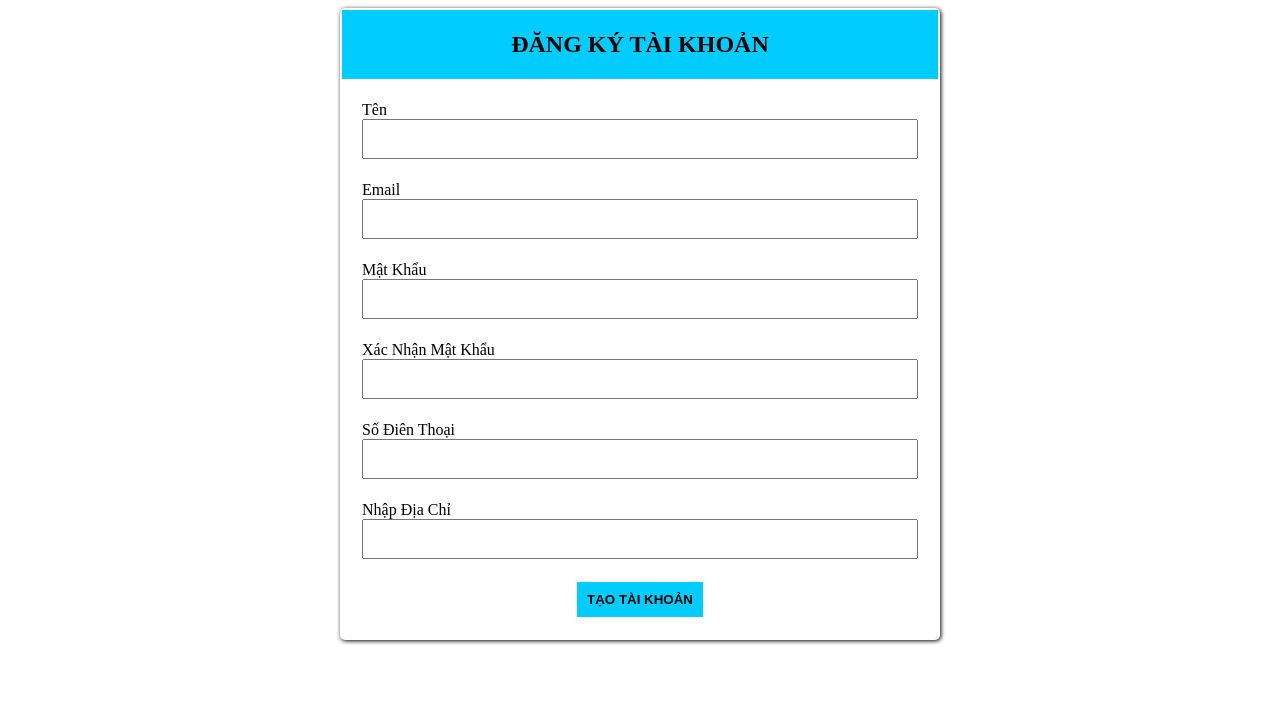
Repository: Tan-Khang21/TH_TKW--Buoi_04
Page: Bai_Tap_Ve_Nha/Bai_01/form7.html
These files come from the project's save history. The page is drawn as it stood at one moment and after the next save; the edit follows.
The browser window is 1280 px wide. The pictures show the whole page.

Above is the page before, as saved 2024-03-09 17:32:20.

After the next save:
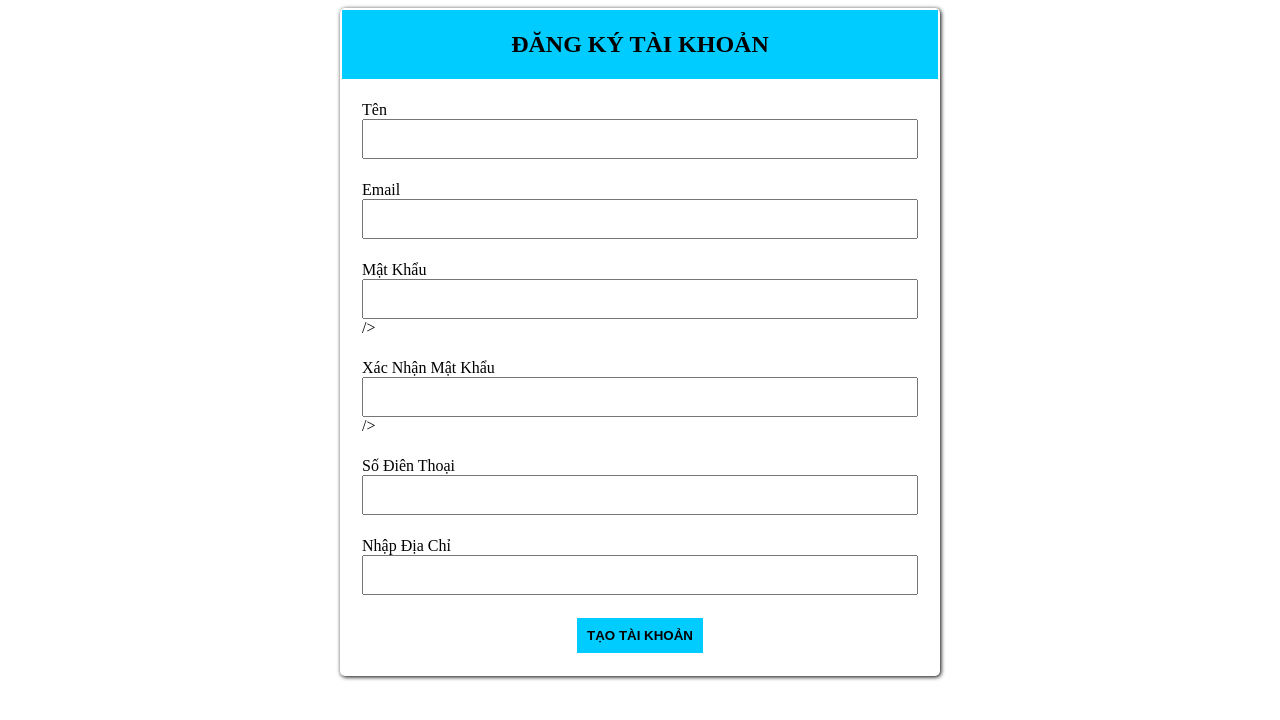
Saved 62 s later.
--- a/Bai_Tap_Ve_Nha/Bai_01/form7.html
+++ b/Bai_Tap_Ve_Nha/Bai_01/form7.html
@@ -26,9 +26,7 @@
             <br />
             <input
               type="text"
-              minlength="6"
               required
-              title="Vui lòng nhập thông tin này"
               style="width: 100%; height: 40px; box-sizing: border-box"
             />
           </td>
@@ -51,7 +49,9 @@
             <input
               type="password"
               style="width: 100%; height: 40px; box-sizing: border-box"
-              required
+              minlength="6"
+              title="Vui lòng nhập mật khẩu dài ít nhất 6 ký tự"
+            />
             />
           </td>
         </tr>
@@ -62,6 +62,9 @@
             <input
               type="password"
               style="width: 100%; height: 40px; box-sizing: border-box"
+              minlength="6"
+              title="Vui lòng nhập mật khẩu dài ít nhất 6 ký tự"
+            />
             />
           </td>
         </tr>

After the save that followed:
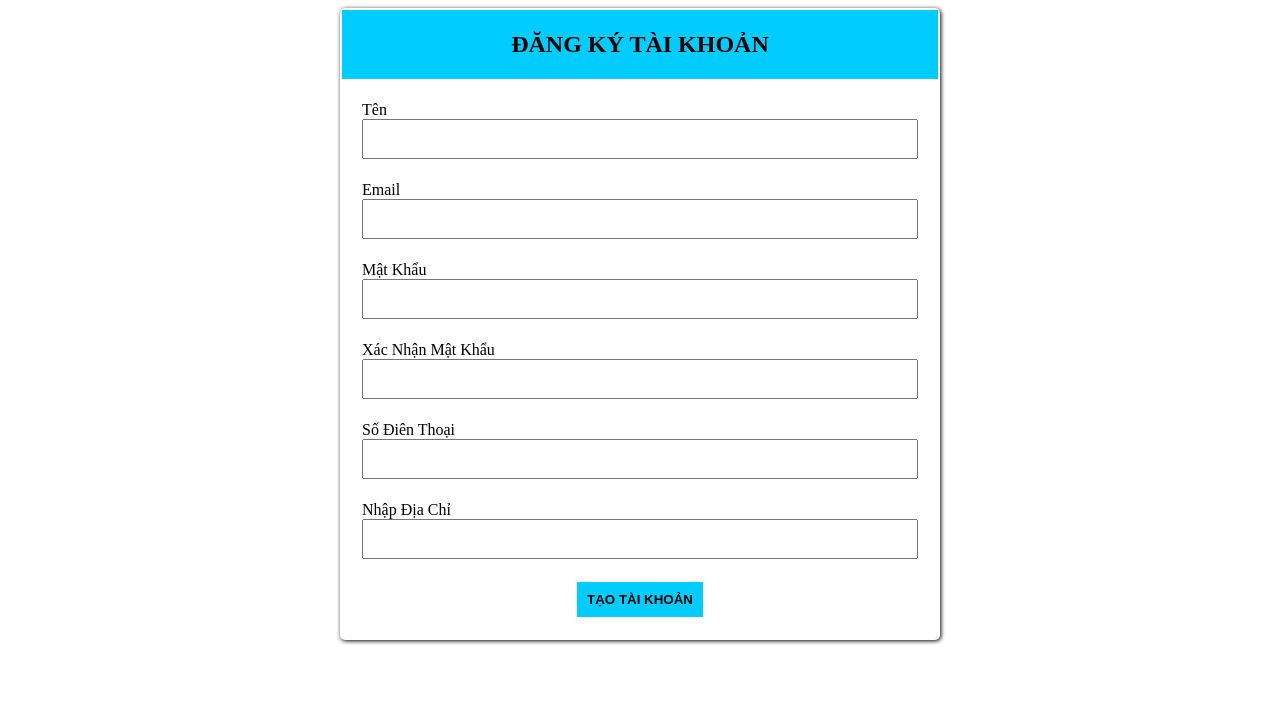
Saved 16 s later.
--- a/Bai_Tap_Ve_Nha/Bai_01/form7.html
+++ b/Bai_Tap_Ve_Nha/Bai_01/form7.html
@@ -52,7 +52,6 @@
               minlength="6"
               title="Vui lòng nhập mật khẩu dài ít nhất 6 ký tự"
             />
-            />
           </td>
         </tr>
         <tr>
@@ -64,7 +63,6 @@
               style="width: 100%; height: 40px; box-sizing: border-box"
               minlength="6"
               title="Vui lòng nhập mật khẩu dài ít nhất 6 ký tự"
-            />
             />
           </td>
         </tr>
